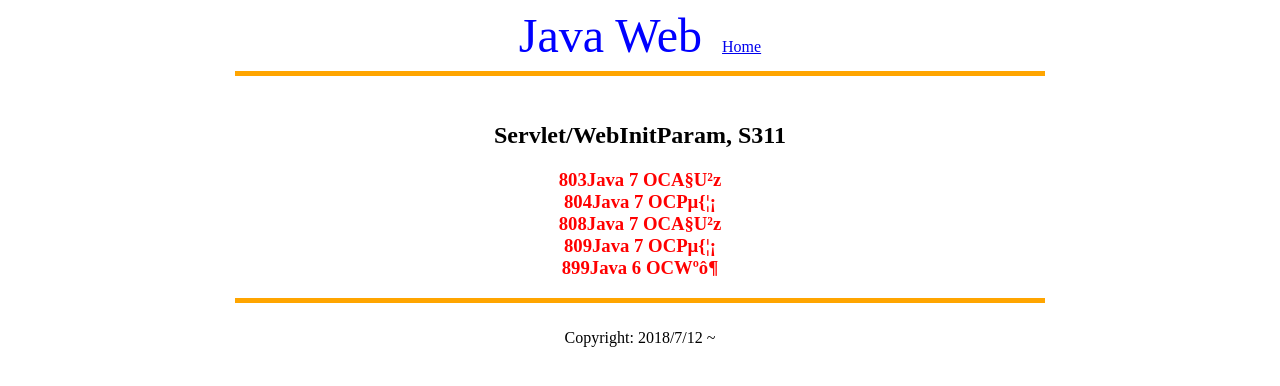
Repository: anxhuang/Java_Web
Page: http://localhost/code/S311
These files come from the project's save history. The page is drawn as it stood at one moment and after the next save; the edit follows.
The browser window is 1280 px wide. The pictures show the whole page.
The page is served by Tomcat 9. Other server files are loaded and not shown.

Above is the page before, as saved 2018-07-26 10:26:56.

### code/WebContent/banner.jsp
<%@ page language="java" pageEncoding="UTF-8"%>
<!DOCTYPE html PUBLIC "-//W3C//DTD HTML 4.01 Transitional//EN" "http://www.w3.org/TR/html4/loose.dtd">
<html>
<head>
<title>Insert title here</title>
<style>
	div{
		width: 80%;
		margin: 0 auto;
	}
</style>
</head>
<body>

	<div align="center">
		<font size="36" color="blue">Java Web</font> &nbsp; &nbsp; <a href="index.jsp">Home</a><br>
		<hr width="80%" color="orange" size="5"><br>
	</div>
<!--
</body>
</html>
 -->

### code/WebContent/footer.jsp
<!--<%@ page language="java" pageEncoding="UTF-8"%>
<!DOCTYPE html PUBLIC "-//W3C//DTD HTML 4.01 Transitional//EN" "http://www.w3.org/TR/html4/loose.dtd">
<html>
<head>
<title>Insert title here</title>
<style>
	div{
		width: 80%;
	}
</style>
</head>
<body>
-->
	<div align="center">
		<hr width="80%" color="orange" size="5"><br>
		Copyright: 2018/7/12 ~
	</div>

</body>
</html>

### code/src/code/servlet/S311.java
package code.servlet;

import java.io.IOException;
import java.io.PrintWriter;

import javax.servlet.RequestDispatcher;
import javax.servlet.ServletException;
import javax.servlet.annotation.WebInitParam;
import javax.servlet.annotation.WebServlet;
import javax.servlet.http.HttpServlet;
import javax.servlet.http.HttpServletRequest;
import javax.servlet.http.HttpServletResponse;

/**
 * Servlet implementation class S311
 */
@WebServlet(urlPatterns={"/S311"},initParams={
		@WebInitParam(name="803",value="Java 7 OCA§U²z"),//2018.12.31
		@WebInitParam(name="804",value="Java 7 OCPµ{¦¡"),//2018.12.31
		@WebInitParam(name="808",value="Java 7 OCA§U²z"),
		@WebInitParam(name="809",value="Java 7 OCPµ{¦¡"),
		@WebInitParam(name="899",value="Java 6 OCWºô­¶")
})
public class S311 extends HttpServlet {
	private static final long serialVersionUID = 1L;

    /**
     * @see HttpServlet#HttpServlet()
     */
    public S311() {
        super();
        // TODO Auto-generated constructor stub
    }

	/**
	 * @see HttpServlet#doGet(HttpServletRequest request, HttpServletResponse response)
	 */
	protected void doGet(HttpServletRequest request, HttpServletResponse response) throws ServletException, IOException {
		// TODO Auto-generated method stub
//		response.getWriter().append("Served at: ").append(request.getContextPath());

		RequestDispatcher	rd=request.getRequestDispatcher("/banner.jsp");
		rd.include(request, response);
		//
		PrintWriter	out=response.getWriter();
		out.println("<center><div>");
		out.println("<h2>Servlet/WebInitParam, S311</h2><h3><font color='red'>");
		out.println("803"+getServletConfig().getInitParameter("803")+"<br>");
		out.println("804"+getServletConfig().getInitParameter("804")+"<br>");
		out.println("808"+getServletConfig().getInitParameter("808")+"<br>");
		out.println("809"+getServletConfig().getInitParameter("809")+"<br>");
		out.println("899"+getServletConfig().getInitParameter("899")+"<br>");
		out.println("</font></h3></div></center>");
		//
		rd=request.getRequestDispatcher("/footer.jsp");
		rd.include(request, response);
	}

	/**
	 * @see HttpServlet#doPost(HttpServletRequest request, HttpServletResponse response)
	 */
	protected void doPost(HttpServletRequest request, HttpServletResponse response) throws ServletException, IOException {
		// TODO Auto-generated method stub
		doGet(request, response);
	}

}

After the next save:
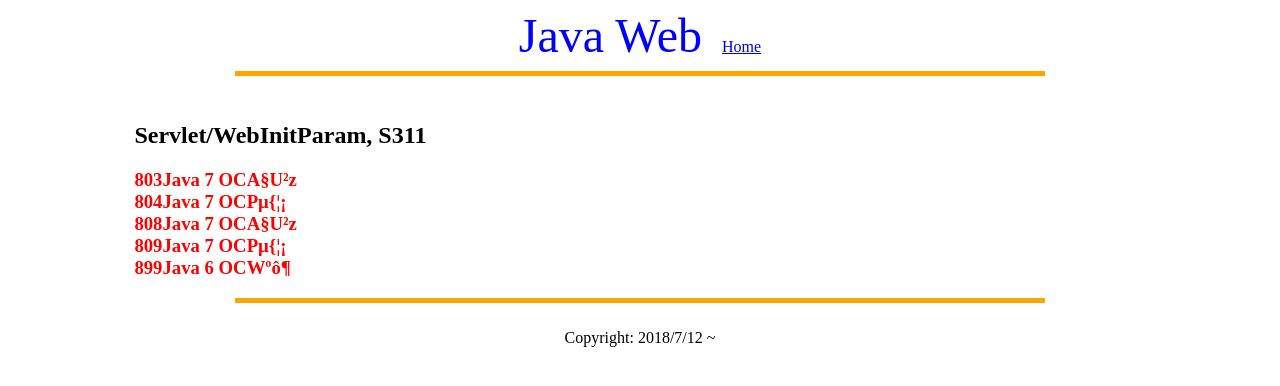
Saved 40 s later.
--- a/code/src/code/servlet/S311.java
+++ b/code/src/code/servlet/S311.java
@@ -43,14 +43,14 @@
 		rd.include(request, response);
 		//
 		PrintWriter	out=response.getWriter();
-		out.println("<center><div>");
+		out.println("<div>");
 		out.println("<h2>Servlet/WebInitParam, S311</h2><h3><font color='red'>");
 		out.println("803"+getServletConfig().getInitParameter("803")+"<br>");
 		out.println("804"+getServletConfig().getInitParameter("804")+"<br>");
 		out.println("808"+getServletConfig().getInitParameter("808")+"<br>");
 		out.println("809"+getServletConfig().getInitParameter("809")+"<br>");
 		out.println("899"+getServletConfig().getInitParameter("899")+"<br>");
-		out.println("</font></h3></div></center>");
+		out.println("</font></h3></div>");
 		//
 		rd=request.getRequestDispatcher("/footer.jsp");
 		rd.include(request, response);
